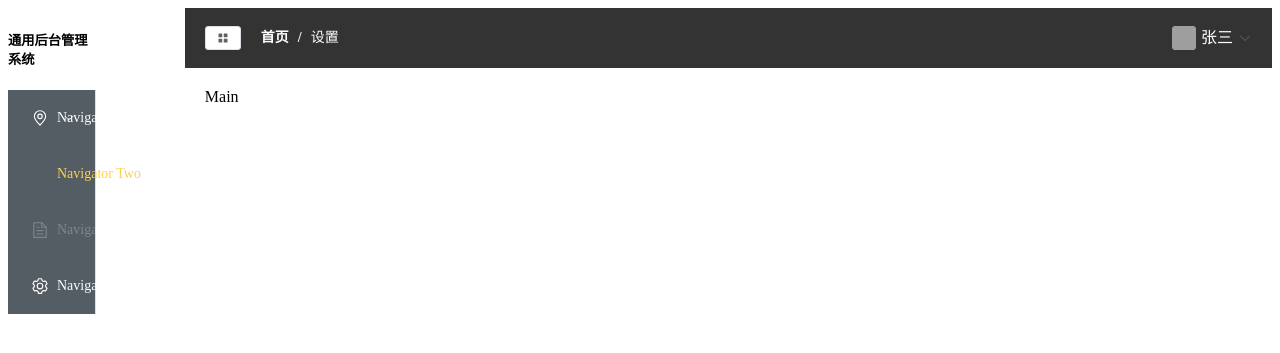
Repository: dishuibaby/vue-app
Page: /
These files come from the project's save history. The page is drawn as it stood at one moment and after the next save; the edit follows.
The browser window is 1280 px wide. The pictures show the whole page.
Pictures or frames that could not be fetched are drawn as grey boxes. The project was rebuilt for these pictures with package versions that can differ from the ones it lists, and the page was loaded fresh each time. Also part of the build but not shown: vite.config.js.

Above is the page before, as saved 2024-08-11 20:29:29.

After the next save:
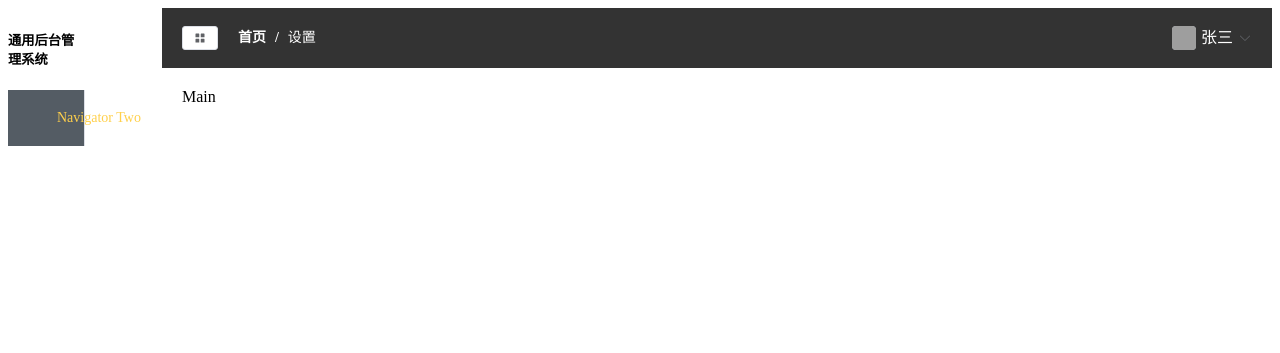
Saved 115 s later.
--- a/src/components/CommonAside.vue
+++ b/src/components/CommonAside.vue
@@ -11,7 +11,11 @@
         @open="handleOpen"
         @close="handleClose"
       >
-        <el-sub-menu index="1">
+        <el-sub-menu
+            v-for="item in menus"
+            :index="item.path"
+            :key="item.path"
+        >
           <template #title>
             <el-icon><location /></el-icon>
             <span>Navigator One</span>
@@ -32,14 +36,6 @@
           <el-icon><icon-menu /></el-icon>
           <span>Navigator Two</span>
         </el-menu-item>
-        <el-menu-item index="3" disabled>
-          <el-icon><document /></el-icon>
-          <span>Navigator Three</span>
-        </el-menu-item>
-        <el-menu-item index="4">
-          <el-icon><setting /></el-icon>
-          <span>Navigator Four</span>
-        </el-menu-item>
       </el-menu>
     </el-col>
   </el-row>
@@ -47,7 +43,7 @@
 <script>
 import { ref, computed } from "vue";
 //菜单数据
-const menu = [
+const menus = [
   {
     path: "/dashboard",
     label: "仪表盘",
@@ -99,8 +95,8 @@ const menu = [
   },
 ];
 
-const hasChidren = computed(() => menu.value.filters((item) => item.children));
-const noChidren = computed(() => menu.value.filters((item) => !item.children));
+const hasChidren = computed(() => menus.value.filters((item) => item.children));
+const noChidren = computed(() => menus.value.filters((item) => !item.children));
 </script>
 
 <style type="less" scoped></style>
